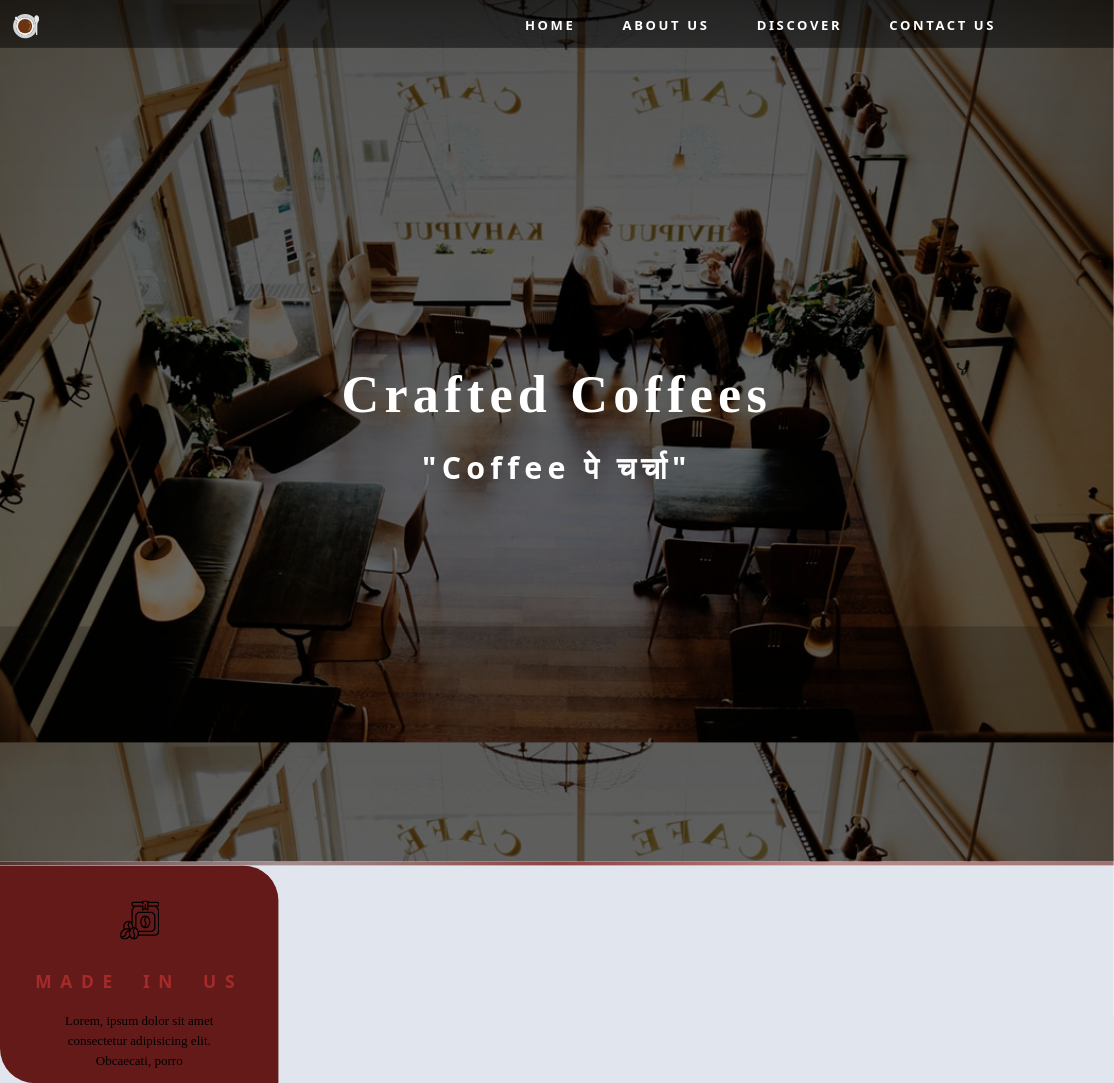
Repository: Aditya0377/Assignments
Page: Assignment/coffee/index.html
These files come from the project's save history. The page is drawn as it stood at one moment and after the next save; the edit follows.
The browser window is 1280 px wide. The pictures show the whole page, at 87% of full size.
The pointer rests on the first visible `.onecont`.
Backgrounds fixed to the window are drawn as part of the page. Some web libraries are served in a nearby version.

Above is the page before, as saved 2024-02-02 14:37:52.

### Assignment/coffee/index.html
<!DOCTYPE html>
<html lang="en">

<head>
    <meta charset="UTF-8">
    <meta name="viewport" content="width=device-width, initial-scale=1.0">
    <title>Coffee</title>
    <link rel="stylesheet" href="coffee.css">
    <link rel="stylesheet" href="https://cdn.linearicons.com/free/1.0.0/icon-font.min.css">
    <script src="https://kit.fontawesome.com/edd85780d6.js" crossorigin="anonymous"></script>
</head>

<body>
    <div class="head">
        <div class="navbar">
            <a href="" class="logo"><img src="assets/logo.svg" alt=""></a>
            <div class="navmenu">
                <a href="" class="navcont">HOME</a>
                <a href="" class="navcont">ABOUT US</a>
                <a href="" class="navcont">DISCOVER</a>
                <a href="" class="navcont">CONTACT US</a>

            </div>
        </div>
        <div class="headcont">
            <h1>Crafted Coffees</h1>
            <h2>"Coffee पे चर्चा"</h2>
            <div class="arrow">
                <span class="lnr lnr-chevron-down"></span>
            </div>
        </div>
    </div>
    <div class="linearline"></div>
    <div class="one">
        <div class="onecont">
            <div><img src="assets/coffeebag.svg" alt="" class="onelogo"></div>
            <div class="onehead">MADE IN US</div>
            <div class="lorem">Lorem, ipsum dolor sit amet<br> consectetur adipisicing elit.<br> Obcaecati, porro</div>
        </div>
    </div>
</body>

</html>

### Assignment/coffee/coffee.css
* {
    margin: 0;
    padding: 0;
    box-sizing: border-box;
    font-family: system-ui, -apple-system, BlinkMacSystemFont, 'Segoe UI', Roboto, Oxygen, Ubuntu, Cantarell, 'Open Sans', 'Helvetica Neue', sans-serif;
    ;
}

a {
    text-decoration: none;
    color: black;
}

.head {
    width: 100%;
    background: linear-gradient(rgba(0, 0, 0, 0.6), rgba(0, 0, 0, 0.5)), url(assets/bg1.jpeg) center/cover no-repeat;
    background-repeat: no-repeat;
    background-attachment: fixed;
    background-size: cover;
    height: 990px;
    position: relative;
    display: flex;
    flex-direction: column;
    align-items: center;
    text-align: center;
}

.navbar {
    display: flex;
    align-items: center;
    width: 100%;
    height: 55px;
    background-image: linear-gradient(rgba(0, 0, 0, 0.6), rgba(0, 0, 0, 0.5));
    position: fixed;
    z-index: 999;

}

.navmenu {
    position: inherit;
    right: 0px;
    margin-right: 85px
}

.logo {
    align-self: flex-start;
    margin: 15px;
}

.navbar img {
    width: 30px;
}

.navcont {
    font-weight: 600;
    letter-spacing: 3px;
    font-size: 15px;
    margin-right: 50px;
    color: white;
}

.navcont:hover {
    transition: 0.5s ease;
    color: brown;
}

.headcont {
    margin-top: 420px;
    letter-spacing: 6px;
    color: white;
}

.headcont h1 {
    font-size: 60px;
    font-family: SpartanLimport;

}

.headcont h2 {
    font-weight: 600;
    margin-top: 25px;
    font-size: 35px;
    margin-bottom: 340px;
}

.lnr-chevron-down {
    font-size: 40px;
}

.arrow {
    animation-name: arrowdown;
    animation-duration: 3s;
    animation-iteration-count: infinite;
}

@keyframes arrowdown {
    0% {
        transform: translateY(0px);
    }

    50% {
        transform: translateY(50px);
    }

    100% {
        transform: translateY(0px);
    }
}

.linearline {
    width: 100%;
    background-image: linear-gradient(to left, #a07070, #bc8b8b, #8e4242, #a28f8f, #513434);
    height: 5px;
}

.one {
    width: 100%;
    display: flex;
    justify-content: p;
    align-items: center;
    background-color: #e1e5ed;
}

.onecont {
    height: 250px;
    width: 25%;
    text-align: center;
    transition: all 0.4s ease;
}

.onelogo {
    margin-top: 40px;
    width: 45px;
}

.onehead {
    font-size: 15px;
    letter-spacing: 10px;
    word-spacing: 10px;
    margin-top: 30px;
    color: brown;
    font-weight: 650;
}

.lorem {
    margin-top: 20px;
    font-size: 15px;
    font-family: RalewayELimport;
    line-height: 23px;
}

.onecont:hover {
    background-color: rgb(101, 26, 26);
    border-radius: 0px 40px 0px 40px;
}

.onecont:hover .onehead {
    font-size: 20px;
}

After the next save:
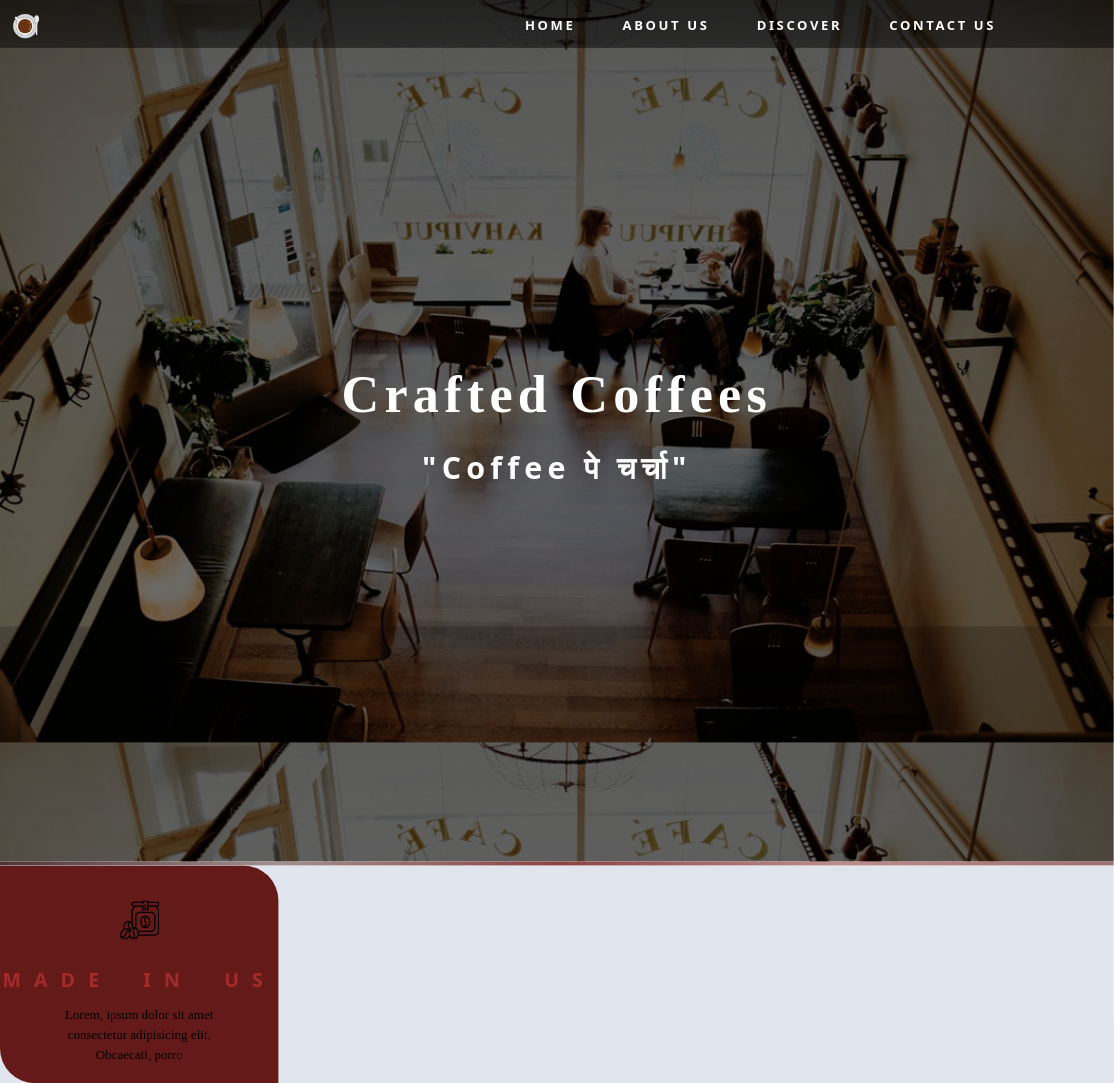
Saved 23 s later.
--- a/Assignment/coffee/coffee.css
+++ b/Assignment/coffee/coffee.css
@@ -155,5 +155,5 @@ a {
 }
 
 .onecont:hover .onehead {
-    font-size: 20px;
+    transform: scale(1.5);
 }
